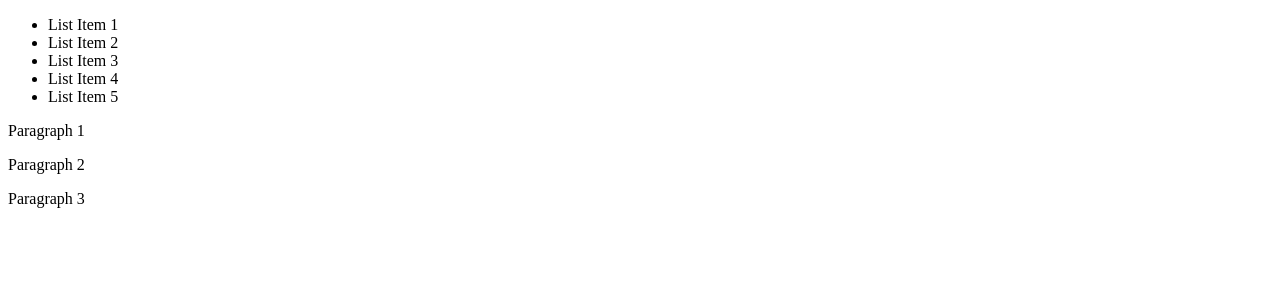
Repository: PankajSutharPersistent/vm-backup
Page: workspaceJavaScript/JSDemo/step-24.html
The author's editor kept a copy of each file at every save. The page is drawn from the files as they stood at one save, then again after the next save.
The browser window is 1280 px wide. The pictures show the whole page.

Above is the page before, as saved 2016-12-30 07:05:02.

### workspaceJavaScript/JSDemo/step-24.html
<!doctype html>
<html lang="en">
<head>
	<meta charset="UTF-8" />
	<title>Document</title>
	<script type="text/javascript" charset="utf-8">
		window.onload=function(){



		};
	</script>
</head>
<body>
	<ul id="list">
	<li class="item1">List Item 1</li>
	<li class="item1">List Item 2</li>
	<li class="item1">List Item 3</li>
	<li class="item1">List Item 4</li>
	<li class="item1">List Item 5</li>
	</ul>

	<p>Paragraph 1</p>
	<p>Paragraph 2</p>
	<p>Paragraph 3</p>
</body>
</html>

After the next save:
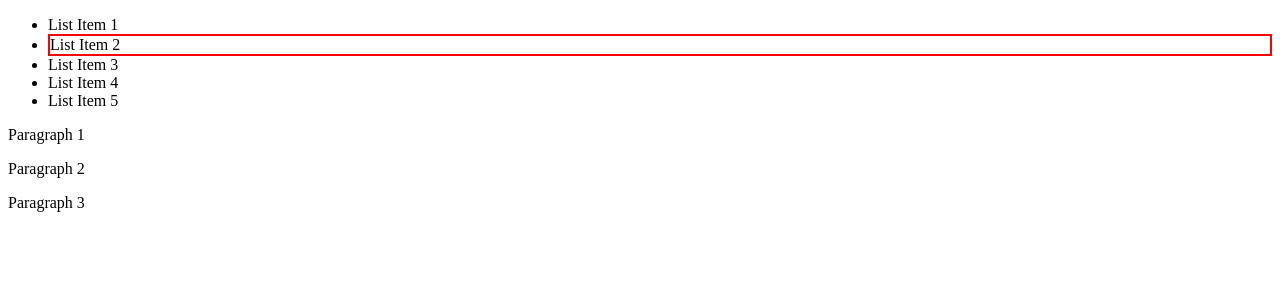
Saved 101 min 23 s later.
--- a/workspaceJavaScript/JSDemo/step-24.html
+++ b/workspaceJavaScript/JSDemo/step-24.html
@@ -6,7 +6,14 @@
 	<script type="text/javascript" charset="utf-8">
 		window.onload=function(){
 
+			//alert(document.getElementsByTagName("body")[0].childNodes.length);
+                     //alert(document.getElementsByTagName("body")[0].children.length);
+                     // alert(document.body.children[0].children[0].innerHTML);
+                     // alert(document.getElementsByTagName("li")[0].innerHTML);
+                     // alert(document.querySelector("li").innerHTML);
+                     // alert(document.querySelectorAll("li")[0].innerHTML);
 
+                    document.querySelectorAll("li")[1].style="border:2px solid red"
 
 		};
 	</script>
